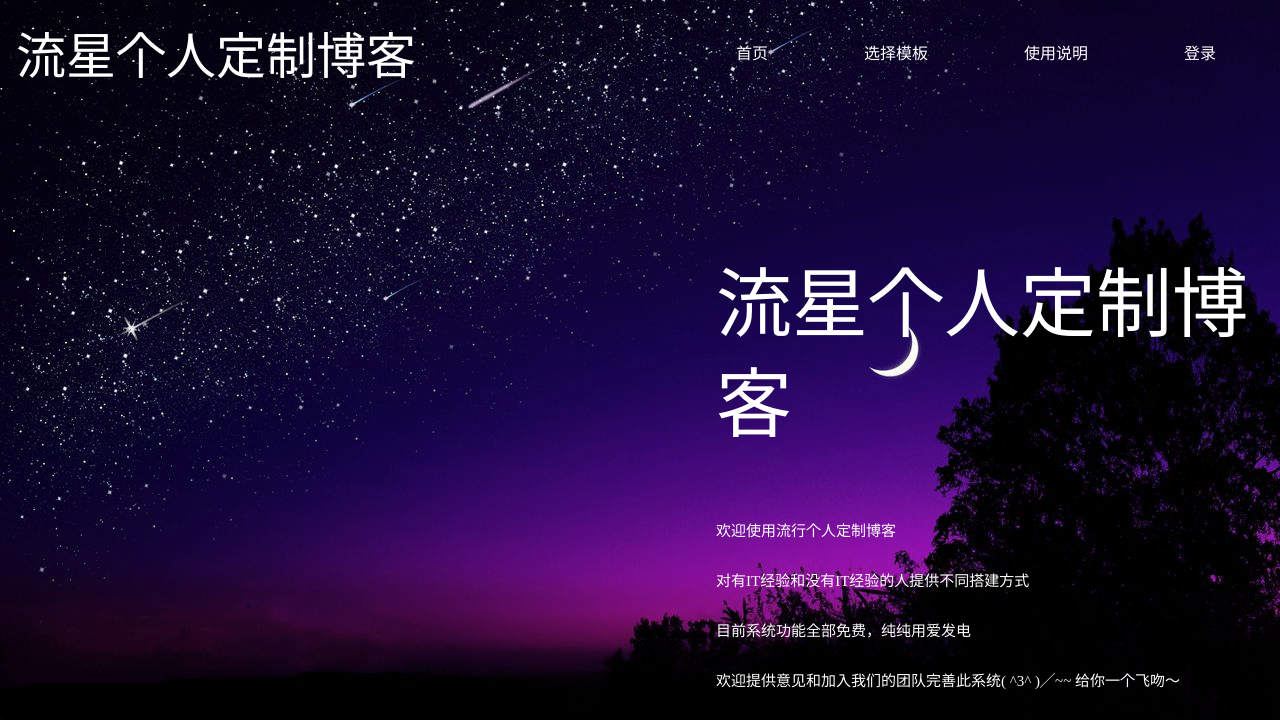
Repository: ljfzd6/showself
Page: /
The author's editor kept a copy of each file at every save. The page is drawn from the files as they stood at one save, then again after the next save.
The browser window is 1280 px wide. The pictures show the whole page.
The project was rebuilt for these pictures with package versions that can differ from the ones it lists, and the page was loaded fresh each time. Also part of the build but not shown: vue.config.js, src/utils/request.js, src/api/userApI.js, src/components/loginregister-page.vue, src/components/workplace-page.vue, src/views/showtemplate-page.vue, src/views/user-imformation-page.vue.

Above is the page before, as saved 2023-06-13 13:36:29.

### src/router/index.js
import Vue from 'vue'
import VueRouter from 'vue-router'
import MainPage from '@/components/main-page.vue'
import HomeText from '@/views/hometext-page.vue'
import LoginAndRegister from '@/components/loginregister-page.vue'
import WorkMain from '@/components/workplace-page.vue'
import ShowTemplate from '@/views/showtemplate-page.vue'
import UserImformation from '@/views/user-imformation-page.vue'

//导入插件
Vue.use(VueRouter)
// 新增以下代码，解决NavigationDuplicated问题
const originalPush = VueRouter.prototype.push
VueRouter.prototype.push = function push(location) {
  return originalPush.call(this, location).catch((err) => err)
}

const router = new VueRouter({
  // mode: 'hash',
  routes: [
    // 重定向首页
    { path: '/', redirect: '/home' },
    // 配置路由
    { path: '/login', component: LoginAndRegister },
    { path: '/workplace',
      component: WorkMain,
      redirect: '/workplace/userinformation',
      children: [
        {path: 'userinformation', component: UserImformation}
      ] },
    {
      path: '/home',
      component: MainPage,
      redirect: '/home/hometext',
      children: [
        { path: 'hometext', component: HomeText },
        { path: 'showtemplate', component: ShowTemplate },
        // { path: 'updateuser', component: UpdateUserInformation, name: 'updateuser' },
        // { path: 'alluser', component: AllUserInformation },
        // { path: 'useradd', component: UserAdd },
        // { path: 'userimageadd', component: UserImageAdd },
        // { path: 'qrcodecheck', component: ExtraQrcodeCheck },
        // { path: 'videoshow', component: videoShow, children: [{ path: 'video/:num', component: Video, name: 'video' }] },
        // { path: 'comment', component: Comment },
        // { path: 'updateusericon', component: UpdateUserIcon }
      ],
    },
  ],
})
export default router

### src/store/index.js
// 创建vuex中的stroe
import Vuex from 'vuex'
import Vue from 'vue'
import createPersistedState from 'vuex-persistedstate'
// 使用vuex组件
Vue.use(Vuex)
// 准备actions--用于响应组件中的动作
const actions = {
  updateuser (context, value) {
    context.commit('UPDATEUSER', value)
  }
}
// 准备mutations--用于操作数据
const mutations = {
  UPDATEUSER (state, value) {
    state.id = value.id
    state.username=value.username
    console.log(state.id+state.username)
  }
}
// 准备state--用于存储数据
const state = {
  id: '',
  username: ''
}
// 创建store
export default new Vuex.Store({
  plugins: [
    createPersistedState()
  ],
  actions, mutations, state
})

### src/components/main-page.vue
<template>
    <header>
        <div class="logo-nav">
        <p>流星个人定制博客</p>
        <nav>
            <a @click="mainpage()">首页</a>
            <a @click="showtemplate()">选择模板</a>
            <a>使用说明</a>
            <a @click="login()">登录</a>
        </nav>
    </div>
    <router-view></router-view>
    </header>
</template>

<script>
export default {
  data () {
    return {
      persondata: '登录'
    }
  },
  methods: {
    mainpage () {
      this.$router.push('/home/hometext')
    },
    login () {
    this.$router.push('/login')
    },
    showtemplate() {
      this.$router.push('/home/showtemplate')
    }
  }

  }

</script>

<style lang="less" scoped>
*{
margin: 0;
font-family: fantasy'Franklin Gothic Medium', 'Arial Narrow', Arial, sans-serif;
}

header {
  background-image: url('@/assets/background.jpg');
  background-size: cover;
  background-position: center;
  filter: grayscale(0.3);
  height: 100%;
  padding: 0 1rem;
  animation: fadeIn 2s ease-in-out;
}
@keyframes fadeIn {
  0% {
    opacity: 0;
  }
  100% {
    opacity: 1;
  }
}
p {
  font-size: 50px;
}

.logo-nav {
  display: flex;
  align-items: center;
  justify-content: space-between;
  padding: 1rem 0;
  color: white;
}
nav a {
  padding: 5px 3rem;
  text-decoration: none;
  position: relative;
}
nav a.active{
  border: 5px solid rgb(71, 122, 58);
}
nav a:hover {
  text-decoration: underline;
  cursor: pointer;
}

.header-title{
  display: flex;
  flex-direction: column;
  justify-content: center;
  align-items: center;
  height: calc(100% - 50px);
  color: #ffffff;
}
.header-title div{
  width: 50px;
  height: 30px;
  background-color: rgb(96, 134, 87);
}

</style>

### src/views/hometext-page.vue
<template>
      <div class="maintext">
        <h1>流星个人定制博客</h1>
        <h2>
          欢迎使用流行个人定制博客 <br>
          对有IT经验和没有IT经验的人提供不同搭建方式 <br>
          目前系统功能全部免费，纯纯用爱发电 <br>
          欢迎提供意见和加入我们的团队完善此系统( ^3^ )╱~~ 给你一个飞吻～<br>
        </h2>
    </div>
</template>

<script>
export default {

}
</script>

<style lang="less" scoped>
.maintext {
  padding-top: 100px;
  padding-left: 700px;
  line-height: 100px;
  color: white;
}
h2 {
    line-height: 50px;
    font-weight: 400;
    font-size: 15px;
    color: #fff;
}
h1 {
  font-weight: 400;
    font-size: 76px;
    color: #fff;
}
</style>

Loaded but not shown: public/index.html (common file); src/main.js (common file); src/App.vue (common file)

After the next save:
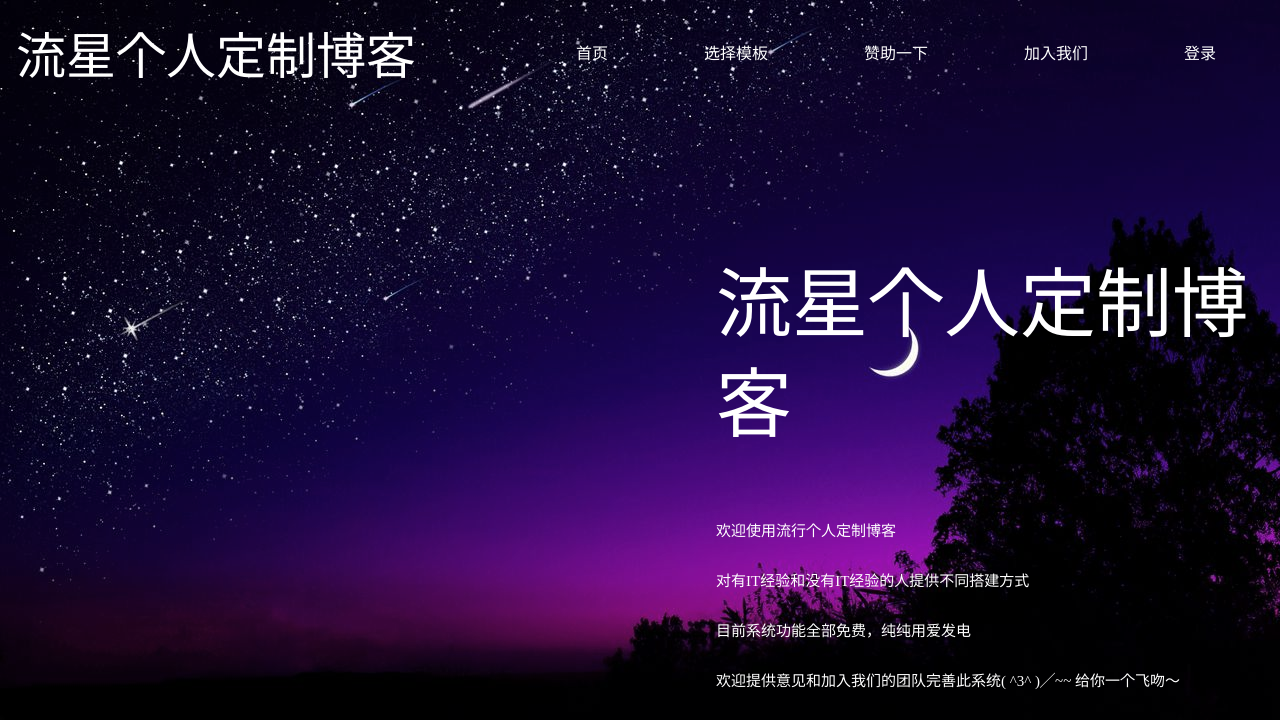
Saved 18 days later.
--- a/src/components/main-page.vue
+++ b/src/components/main-page.vue
@@ -5,11 +5,15 @@
         <nav>
             <a @click="mainpage()">首页</a>
             <a @click="showtemplate()">选择模板</a>
-            <a>使用说明</a>
-            <a @click="login()">登录</a>
+            <a>赞助一下</a>
+            <a>加入我们</a>
+            <a @click="login()">{{ $store.state.id!=''?'进入'+$store.state.username+'的工作台':'登录' }}</a>
         </nav>
     </div>
     <router-view></router-view>
+    <el-dialog title="赞助一下" :visible.sync="dialogFormVisible1">
+
+    </el-dialog>
     </header>
 </template>
 
@@ -17,15 +21,26 @@
 export default {
   data () {
     return {
-      persondata: '登录'
+      dialogFormVisible1: false,
+      dialogFormVisible2: false,
     }
   },
+  computed: {
+      getText(){
+      return (this.$store.state.id)
+    }
+   },
   methods: {
     mainpage () {
       this.$router.push('/home/hometext')
     },
     login () {
-    this.$router.push('/login')
+      const id = this.getText;
+      if (id != '') {
+        this.$router.push('/workplace')
+      } else {
+        this.$router.push('/login')
+       }
     },
     showtemplate() {
       this.$router.push('/home/showtemplate')
